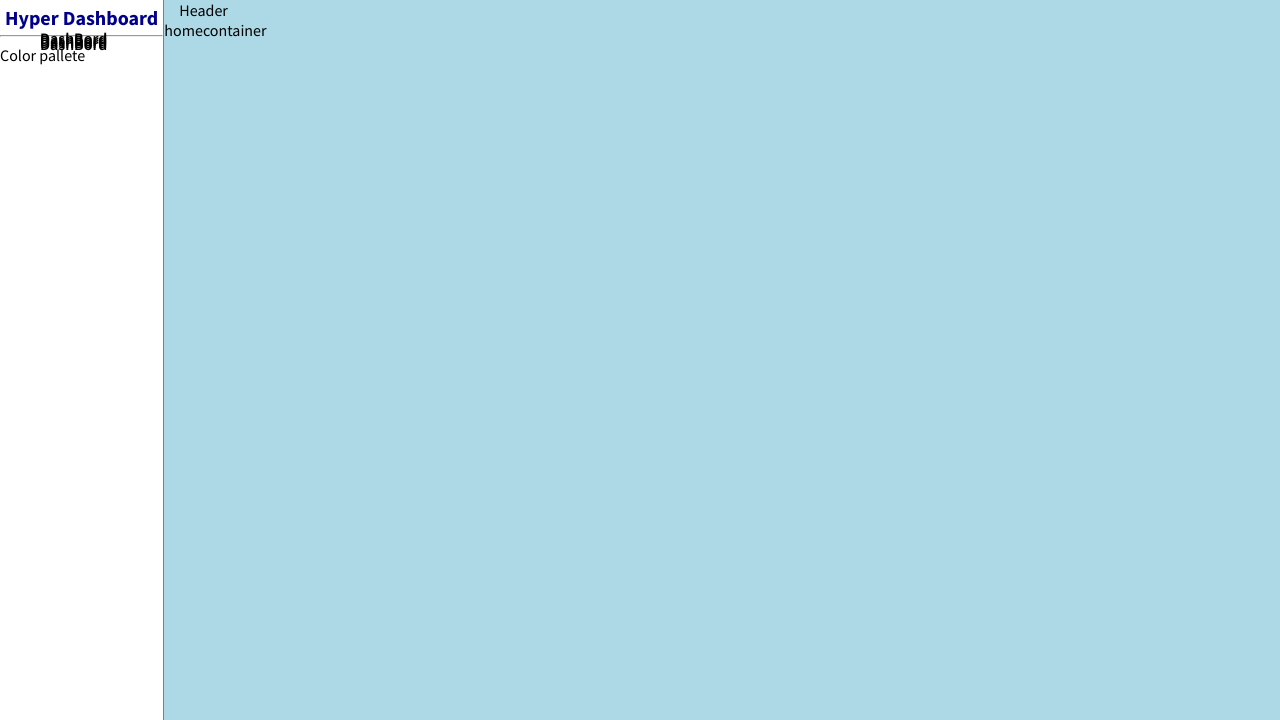
Repository: kenyi-mic/DashBoard
Page: /
An editor plug-in stored every save of this project. The page is shown before and after the next save, followed by the edit.
The browser window is 1280 px wide. The pictures show the whole page.
The project was rebuilt for these pictures with package versions that can differ from the ones it lists, and the page was loaded fresh each time.

Above is the page before, as saved 2022-05-16 21:05:18.

### public/index.html
<!DOCTYPE html>
<html lang="en">

<head>
  <meta charset="utf-8" />
  <meta name="viewport" content="width=device-width, initial-scale=1" />
  <meta name="theme-color" content="#000000" />
  <meta name="description" content="Web site created using create-react-app" />
  <link rel="preconnect" href="https://fonts.googleapis.com">
  <link rel="preconnect" href="https://fonts.gstatic.com" crossorigin>
  <link
    href="https://fonts.googleapis.com/css2?family=Nunito:wght@200;300;400;500;600;700;800;900&family=Source+Sans+Pro:wght@200;300;400;600;700;900&display=swap"
    rel="stylesheet">
  <title>Hyper Dashboard</title>
  <style>
    * {
      margin: 0;
      font-family: 'Nunito', sans-serif;
      font-family: 'Source Sans Pro', sans-serif;
    }
  </style>
</head>

<body>
  <div id="root"></div>

</body>

</html>

### src/App.js
import Home from "./pages/home/Home";

function App() {
  return (
    <div className="App">
      <Home />
    </div>
  );
}

export default App;

### src/pages/home/Home.jsx
import React from "react";
import Header from "../../components/Header/Header";
import Sidebar from "../../components/sidebar/Sidebar";
import "./home.scss";

function Home() {
  return (
    <div className="home">
      <Sidebar />
      <div className="homeContainer">
        <Header />
        homecontainer
      </div>
    </div>
  );
}

export default Home;

### src/components/Header/Header.jsx
import React from 'react'
import './header.scss'

function Header() {
  return (
    <div className="header">Header</div>
  )
}

export default Header

### src/components/sidebar/Sidebar.jsx
import React from 'react'
import './sidebar.scss'

function Sidebar() {
  return (
    <div className="sidebar">
        <div className="top">
            <span className="logo">Hyper Dashboard</span>

        </div>
        <hr className="ruler"/>
        <div className="center">
            <ul className="list-group">
                <li className="list">DashBord</li>
                <li className="list">DashBord</li>
                <li className="list">DashBord</li>
                <li className="list">DashBord</li>
            </ul>
        </div>
        <div className="bottom">
            Color pallete
        </div>
    </div>
  )
}

export default Sidebar

### src/pages/home/home.scss
.home{
    display: flex;
    .homeContainer{
        background-color: lightblue;
        flex:6;
    }
}

### src/components/Header/header.scss
.header{
    display: flex;
    flex:12;
   padding: 0px 15px;


}

### src/components/sidebar/sidebar.scss
.sidebar{
    border-right: 1px solid gray;
    height:100vh;
    .top{
        margin:0px;
        display: flex;
        align-items:center;
        justify-content:center;
        padding:5px;

        .logo{
            color:darkblue;
            font-size: 20px;
            font-weight: bold;
        ;
        }
    }
    .ruler{
        background-color: red;
        color:aqua;
    }
    .center{
        .list-group{
            list-style: none;
            padding: none;
            margin: 0;
            .list{
                margin: none;
                font-weight: 600;
                line-height:2px;
            }
        }

    }
}

Loaded but not shown: src/index.js (common file)

After the next save:
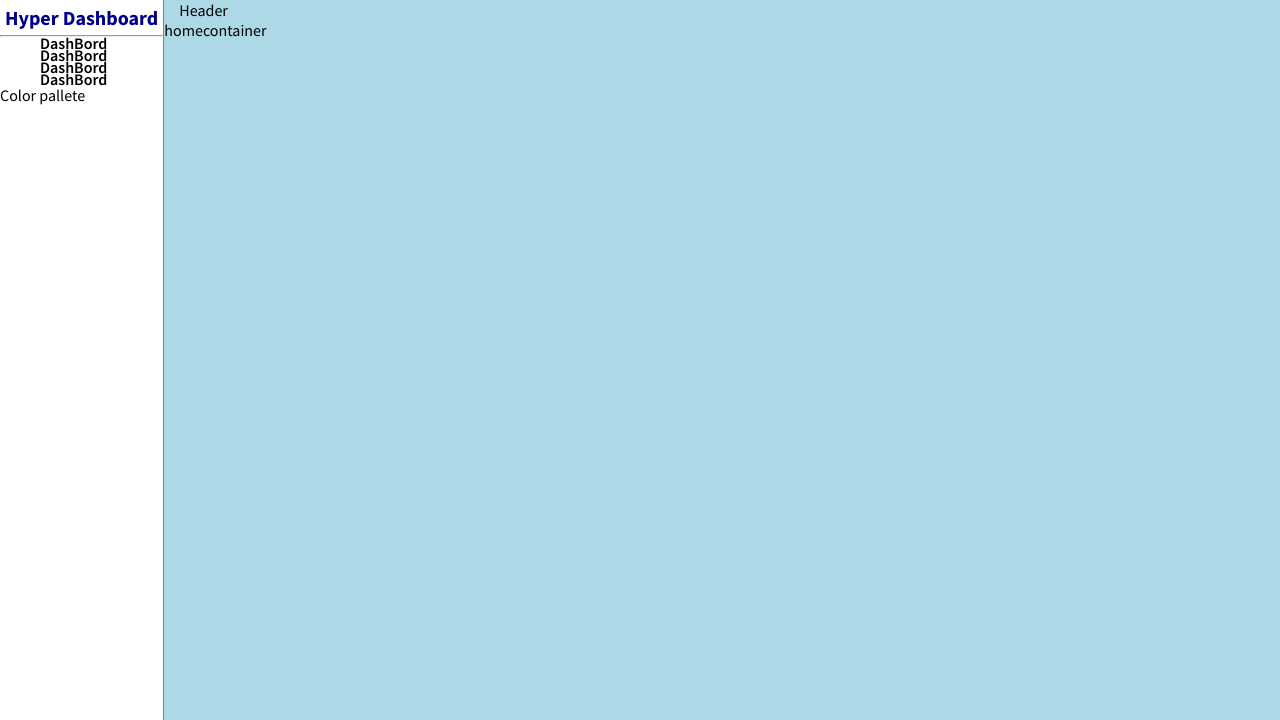
Saved 12 s later.
--- a/src/components/sidebar/sidebar.scss
+++ b/src/components/sidebar/sidebar.scss
@@ -27,7 +27,7 @@
             .list{
                 margin: none;
                 font-weight: 600;
-                line-height:2px;
+                line-height:12px;
             }
         }
 
